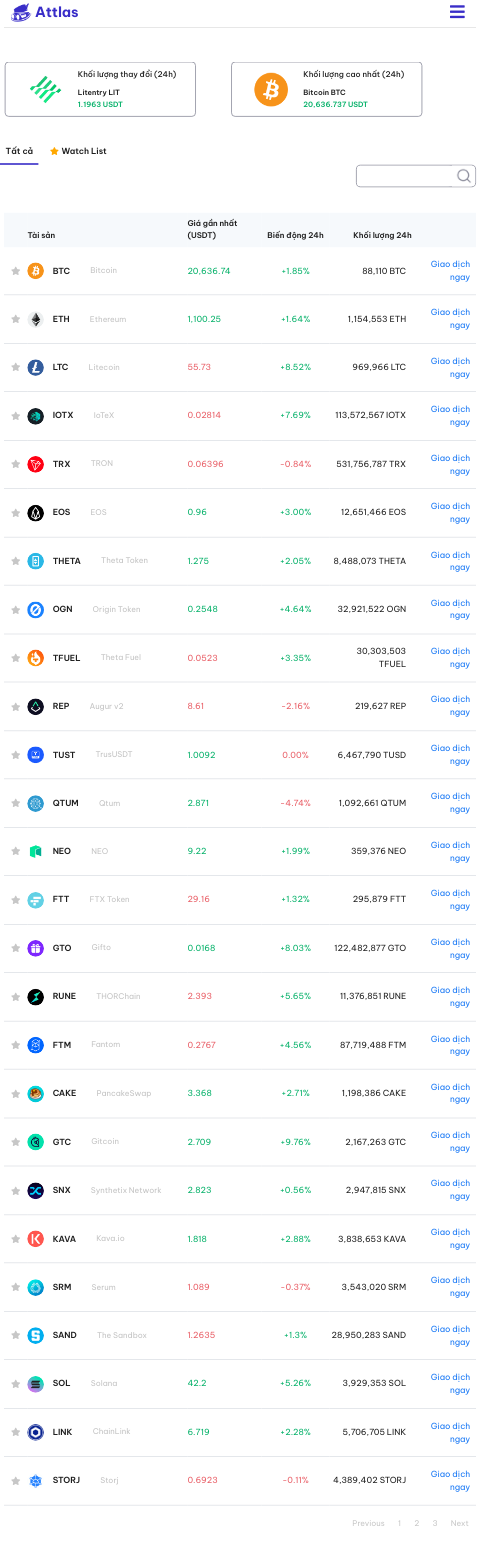
Repository: 1509Long/1509long.github.io
Page: techmaster-test/homepage.html
These files come from the project's save history. The page is drawn as it stood at one moment and after the next save; the edit follows.
The browser window is 600 px wide. The pictures show the whole page, at 80% of full size.

Above is the page before, as saved 2022-07-19 16:23:49.

After the next save:
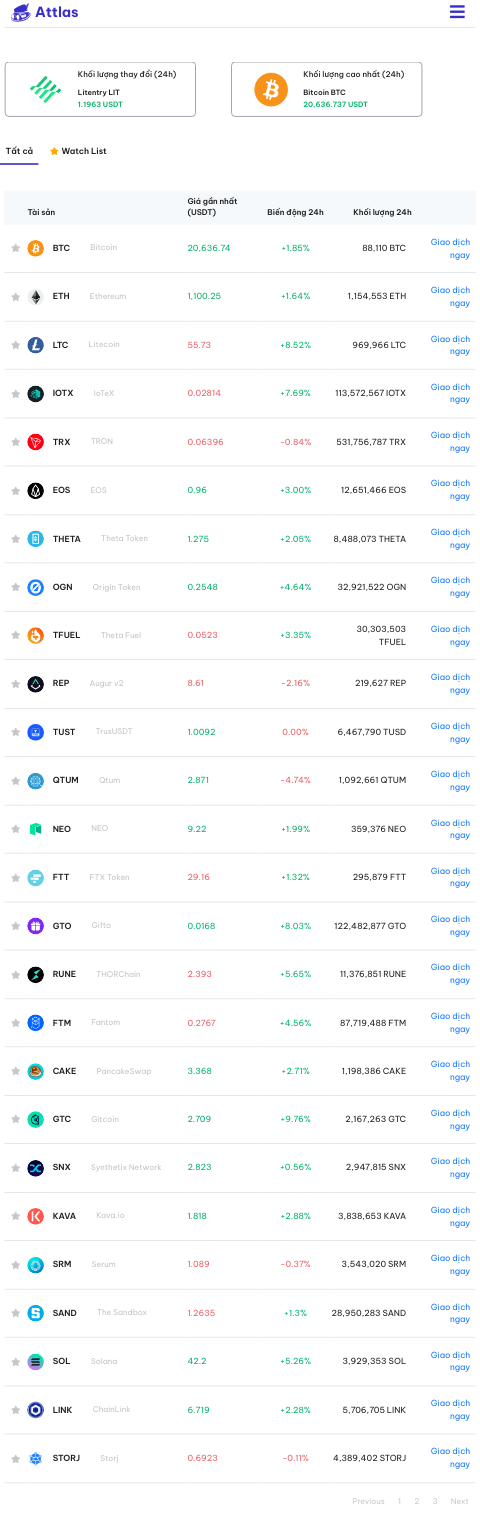
Saved 48 s later.
--- a/techmaster-test/homepage.css
+++ b/techmaster-test/homepage.css
@@ -66,11 +66,11 @@
     }
 }
 
-/* @media screen and (max-width : 767px) {
+@media screen and (max-width : 767px) {
     .search-bar-title {
         display: none !important;
     }
-} */
+}
 
 /* 4 div in header */
 .top-of-the-day {
@@ -161,7 +161,7 @@
 
 /* Search bar */
 .search-bar {
-    width: 150px;
+    width: 31rem;
     height: 4rem;
     border: 0.5px solid #8B8C9B;
     border-radius: 0.8rem;

After the save that followed:
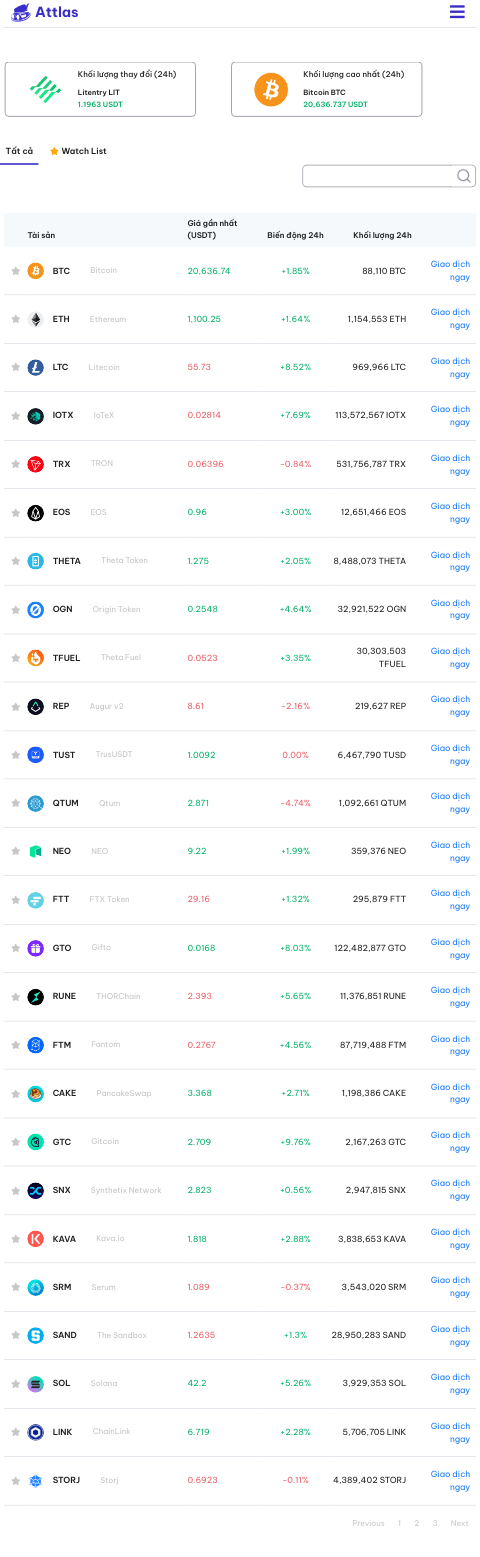
Saved 5 s later.
--- a/techmaster-test/homepage.css
+++ b/techmaster-test/homepage.css
@@ -66,11 +66,11 @@
     }
 }
 
-@media screen and (max-width : 767px) {
+/* @media screen and (max-width : 767px) {
     .search-bar-title {
         display: none !important;
     }
-}
+} */
 
 /* 4 div in header */
 .top-of-the-day {
